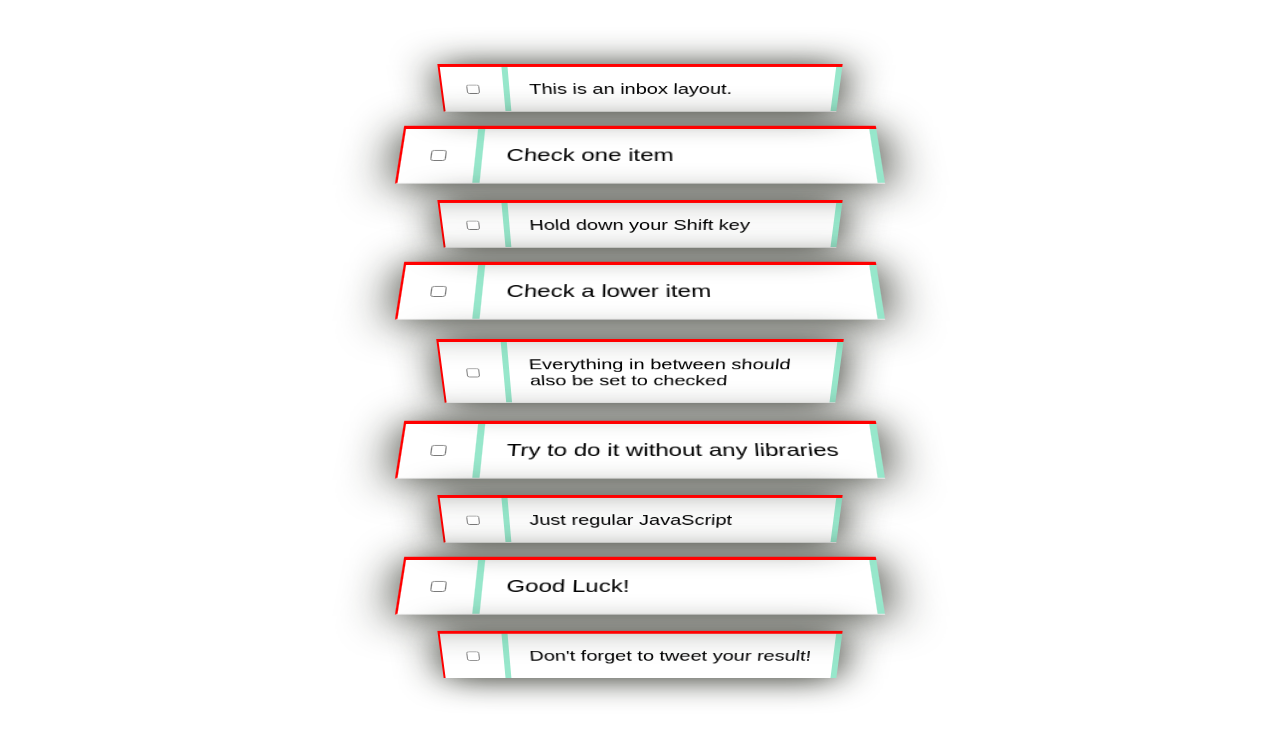
Repository: Freezler/Shift-Select-Checkboxes
Page: index.html
The author's editor kept a copy of each file at every save. The page is drawn from the files as they stood at one save, then again after the next save.
The browser window is 1280 px wide. The pictures show the whole page.

Above is the page before, as saved 2024-09-07 22:37:06.

After the next save:
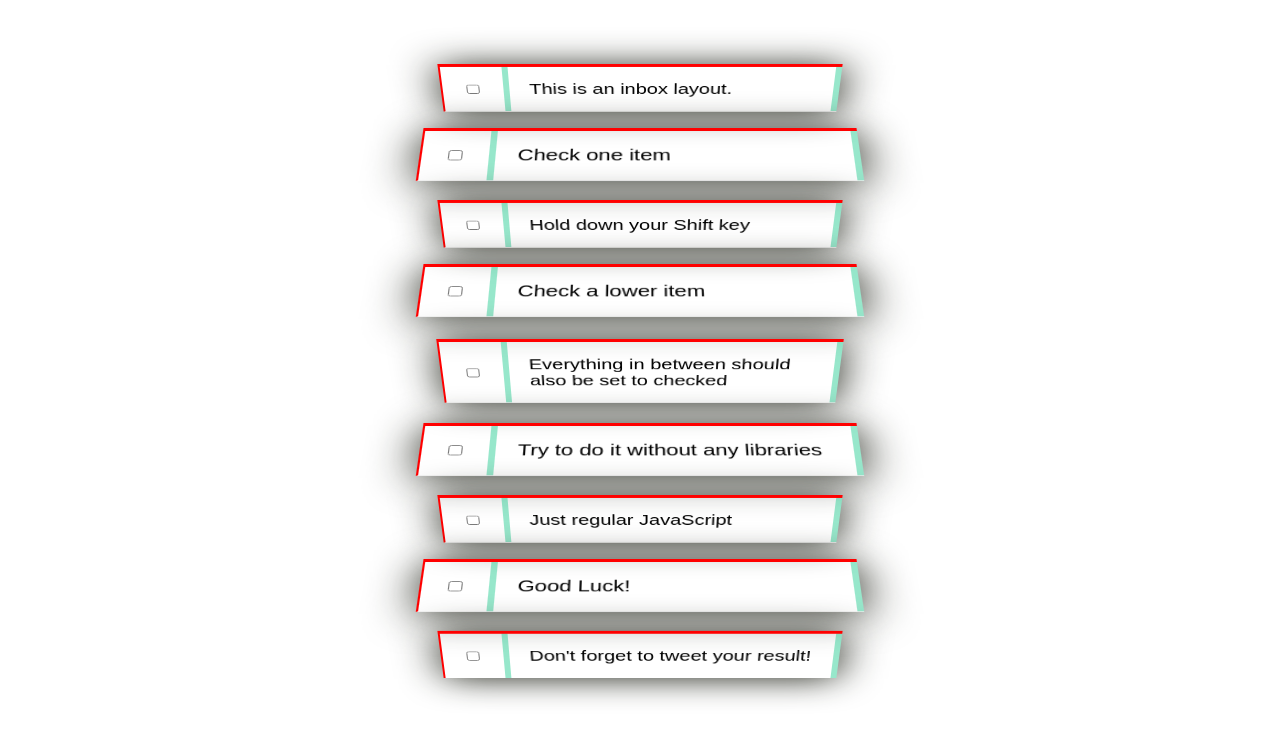
Saved 14 s later.
--- a/index.html
+++ b/index.html
@@ -62,7 +62,7 @@
 
 
     .inbox .item:nth-child(even) {
-      transform: perspective(1500px) rotateX(45deg) translateY(3px) scale(1.2);
+      transform: perspective(1500px) rotateX(45deg) translateY(3px) scale(1.1);
 
     }
 
